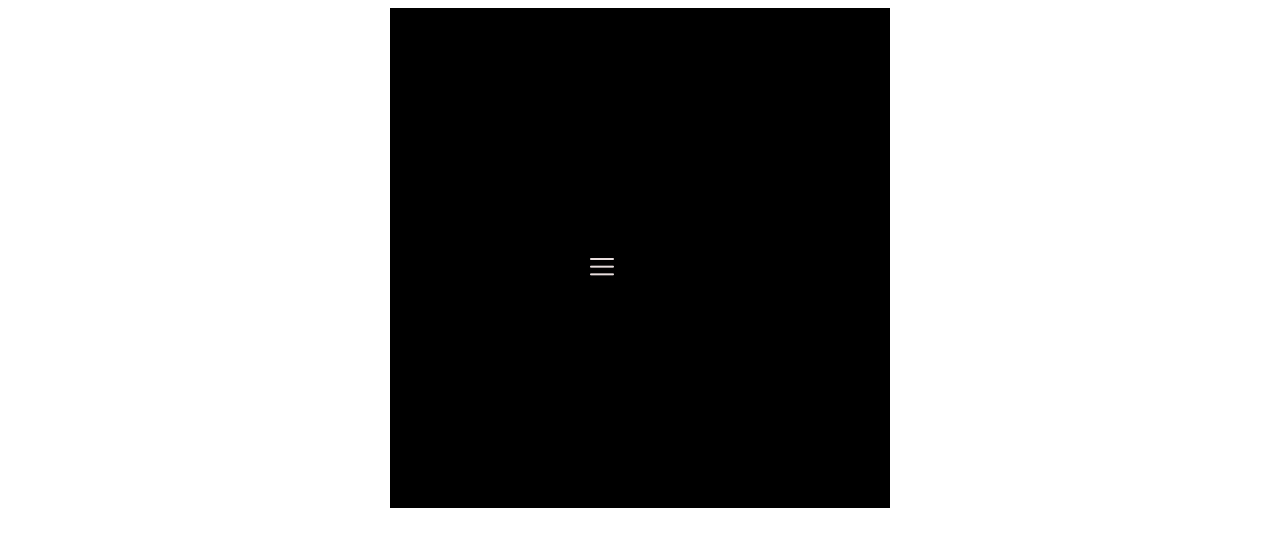
Repository: batonAnton/Hw-Lec10-animation
Page: index.html
These files come from the project's save history. The page is drawn as it stood at one moment and after the next save; the edit follows.
The browser window is 1280 px wide. The pictures show the whole page.

Above is the page before, as saved 2022-07-16 14:37:31.

### index.html
<!DOCTYPE html>
<html lang="en">
<head>
    <meta charset="UTF-8">
    <meta http-equiv="X-UA-Compatible" content="IE=edge">
    <meta name="viewport" content="width=device-width, initial-scale=1.0">
    <link rel="stylesheet" href="css/style.css">
    <title>Animation</title>
</head>
<body>
        <div class="wrapper">
            <div class="block">
                <div class="cross-line">
                    <img class="menu" src="./img/menu.png" alt="">
                    <!-- <hr class="first-line">
                    <hr class="second-line"> -->
                </div>

            </div>
        </div>
</body>
</html>

### css/style.css
.wrapper{
    display:flex;
    justify-content: center;
    position: relative;
}
.block{
    background-color: black;
    width: 500px;
    height: 500px;
    display:flex;
    justify-content: center;
}

.cross-line{
    width: 100px;
    height: 100px;
    top: 50%;
    position:absolute;
}

hr{
    background-color: #fff;
    width: 100px;
}

.first-line{
    margin-bottom: 20px;

    transition: all 0.3s ease-in-out;

}

.second-line{
    transition: all 0.3s ease-in-out;

}






.cross-line:hover .first-line {
    box-shadow: 0.4em 0 0.6em 0.2em rgb(190, 40, 204);
    transform: rotate(-45deg);
    transition: all 0.3s ease-in-out;
    transform: translateY(18px) translateX(0px) rotate(45deg);


}
.cross-line:hover .second-line {
    transform: rotate(45deg);
    transition: all 0.3s ease-in-out;
    box-shadow: 0.4em 0 0.6em 0.2em rgb(190, 40, 204);
    transform: translateY(-3px) translateX(0px) rotate(-45deg);
}

After the next save:
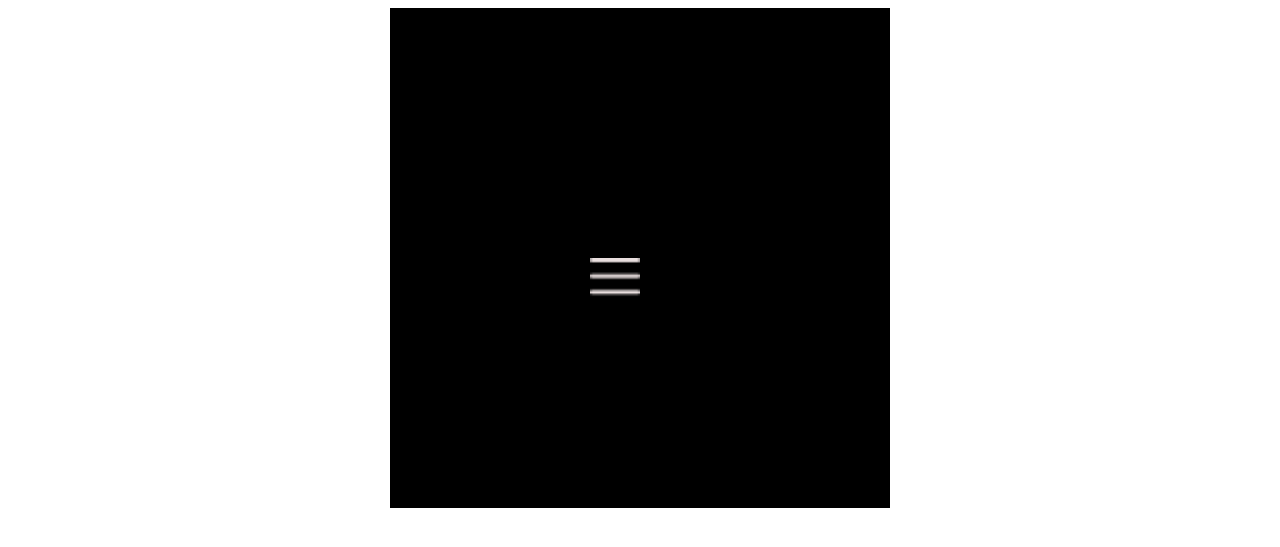
Saved 56 s later.
--- a/css/style.css
+++ b/css/style.css
@@ -54,3 +54,8 @@ hr{
     box-shadow: 0.4em 0 0.6em 0.2em rgb(190, 40, 204);
     transform: translateY(-3px) translateX(0px) rotate(-45deg);
 }
+
+.menu{
+    width: 50px;
+    height: 50px;
+}
